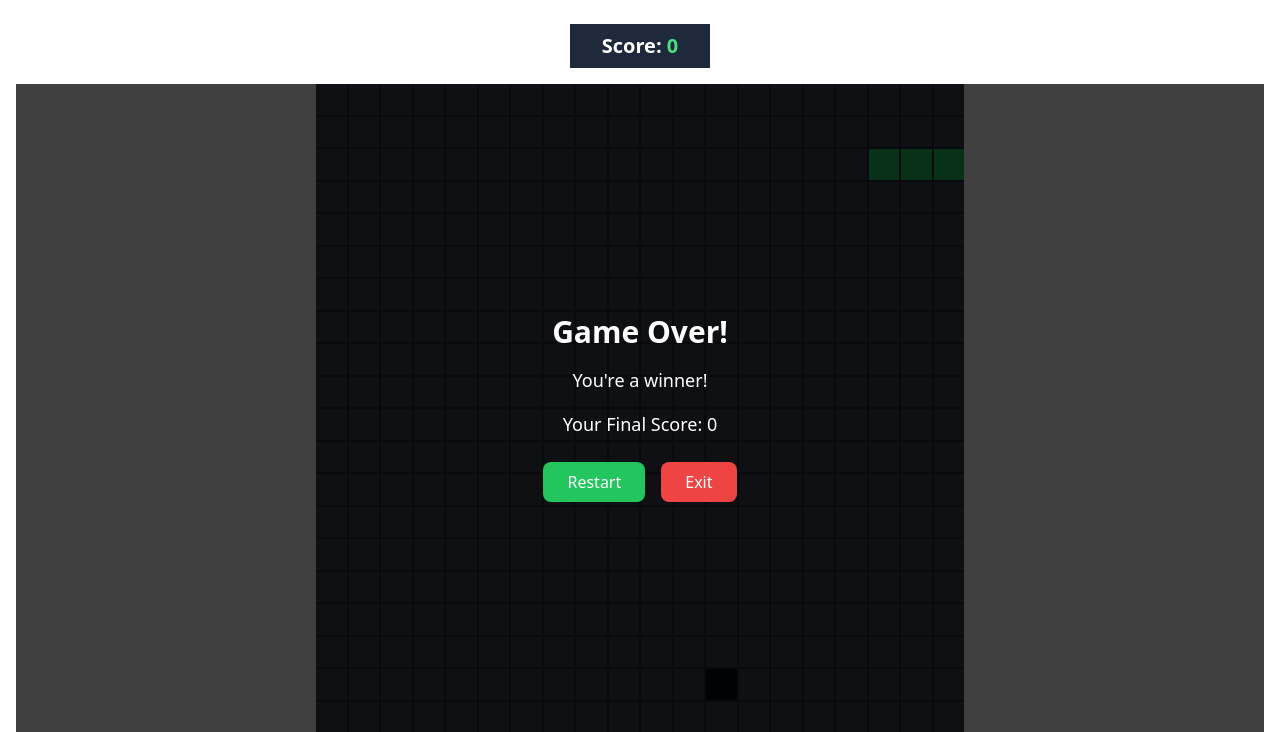
Repository: Shruti0534/snake
Page: /
An editor plug-in stored every save of this project. The page is shown before and after the next save, followed by the edit.
The browser window is 1280 px wide. The pictures show the whole page.
The project was rebuilt for these pictures with package versions that can differ from the ones it lists, and the page was loaded fresh each time. The framework's server and built-in components were replaced by stand-ins that run in the browser. Also part of the build but not shown: next.config.mjs.

Above is the page before, as saved 2024-12-25 17:34:58.

### app/page.js
'use client'
import React, { useState, useEffect } from "react";
import GameBoard from "../components/GameBoard";
import ScoreBoard from "../components/ScoreBoard";

export default function Home() {
  const [score, setScore] = useState(0);

  return (
    <div className="flex flex-col items-center justify-center min-h-screen bg-gray-900 text-white px-4 sm:px-8 md:px-16">
      <h1 className="text-4xl text-center text-black sm:text-5xl md:text-6xl font-bold mb-8 bg-slate-100 p-4 rounded-md">
        Snake Game
      </h1>
      <ScoreBoard score={score} />
      <div className="w-full max-w-4xl">
        <GameBoard score={score} setScore={setScore} />
      </div>
    </div>
  );
}

### components/GameBoard.js
import React, { useState, useEffect } from "react";
import ComplimentModal from "./ComplimentModal"; // Import ComplimentModal

const GameBoard = ({ score, setScore }) => {
  const boardSize = 20;
  const initialSnake = [42, 41, 40];
  const [snake, setSnake] = useState(initialSnake);
  const [direction, setDirection] = useState("RIGHT");
  const [food, setFood] = useState(generateFood());
  const [isGameOver, setIsGameOver] = useState(false);

  function generateFood() {
    return Math.floor(Math.random() * boardSize * boardSize);
  }

  const moveSnake = () => {
    const newSnake = [...snake];
    const head = newSnake[0];
    let newHead;

    if (direction === "RIGHT") newHead = head + 1;
    if (direction === "LEFT") newHead = head - 1;
    if (direction === "UP") newHead = head - boardSize;
    if (direction === "DOWN") newHead = head + boardSize;

    // Collision checks
    if (
      newHead < 0 || // Out of bounds (top)
      newHead >= boardSize * boardSize || // Out of bounds (bottom)
      (direction === "RIGHT" && head % boardSize === boardSize - 1) || // Wall collision (right)
      (direction === "LEFT" && head % boardSize === 0) || // Wall collision (left)
      snake.includes(newHead) // Collision with self
    ) {
      setIsGameOver(true);
      return;
    }

    newSnake.unshift(newHead);
    if (newHead === food) {
      setScore(score + 1);
      setFood(generateFood());
    } else {
      newSnake.pop();
    }
    setSnake(newSnake);
  };

  const handleKeyPress = (e) => {
    if (e.key === "ArrowRight" && direction !== "LEFT") setDirection("RIGHT");
    if (e.key === "ArrowLeft" && direction !== "RIGHT") setDirection("LEFT");
    if (e.key === "ArrowUp" && direction !== "DOWN") setDirection("UP");
    if (e.key === "ArrowDown" && direction !== "UP") setDirection("DOWN");
  };

  useEffect(() => {
    if (isGameOver) return;
    const interval = setInterval(moveSnake, 200);
    return () => clearInterval(interval);
  }, [snake, direction, isGameOver]);

  useEffect(() => {
    window.addEventListener("keydown", handleKeyPress);
    return () => window.removeEventListener("keydown", handleKeyPress);
  }, [direction]);

  return (
    <div className="relative w-full h-full flex justify-center items-center">
      {isGameOver && (
        <ComplimentModal
          score={score}
          onRestart={() => {
            setSnake(initialSnake);
            setDirection("RIGHT");
            setFood(generateFood());
            setScore(0);
            setIsGameOver(false);
          }}
          onExit={() => setIsGameOver(false)} // Example exit function, you can adjust it as needed
        />
      )}

      <div
        className="grid gap-0.5 bg-gray-800"
        style={{
          gridTemplateColumns: `repeat(${boardSize}, minmax(15px, 1fr))`,
          gridTemplateRows: `repeat(${boardSize}, minmax(15px, 1fr))`,
          width: "90vmin",
          height: "90vmin",
        }}
      >
        {Array.from({ length: boardSize * boardSize }).map((_, index) => (
          <div
            key={index}
            className={`w-full h-full ${
              snake.includes(index)
                ? "bg-green-500"
                : index === food
                ? "bg-gray-950"
                : "bg-gray-700"
            }`}
          ></div>
        ))}
      </div>
    </div>
  );
};

export default GameBoard;

### components/ScoreBoard.js
import React from "react";

const ScoreBoard = ({ score }) => {
  return (
    <div className="bg-slate-800 px-4 sm:px-6 md:px-8 py-2 text-lg sm:text-xl font-semibold mb-4">
      <span>Score: </span>
      <span className="text-green-400">{score}</span>
    </div>
  );
};

export default ScoreBoard;

### components/ComplimentModal.js
// components/ComplimentModal.js
import React from "react";

const compliments = [
  "You're unstoppable!",
  "What a legend!",
  "Amazing effort!",
  "Fantastic skills!",
  "Snake pro!",
  "You're a winner!",
  "Keep slithering!",
];

const ComplimentModal = ({ score, onRestart, onExit }) => {
  // Get a random compliment from the list
  const randomCompliment = compliments[Math.floor(Math.random() * compliments.length)];

  return (
    <div className="absolute inset-0 bg-black bg-opacity-75 flex flex-col items-center justify-center text-white">
      <h2 className="text-3xl font-bold mb-4">Game Over!</h2>
      <p className="mb-4 text-lg">{randomCompliment}</p>
      <p className="mb-6 text-lg">Your Final Score: {score}</p>
      <div className="flex space-x-4">
        <button
          className="px-6 py-2 bg-green-500 rounded-lg hover:bg-green-600 transition"
          onClick={onRestart}
        >
          Restart
        </button>
        <button
          className="px-6 py-2 bg-red-500 rounded-lg hover:bg-red-600 transition"
          onClick={onExit}
        >
          Exit
        </button>
      </div>
    </div>
  );
};

export default ComplimentModal;

### tailwind.config.mjs
/** @type {import('tailwindcss').Config} */
export default {
  content: ["./pages/**/*.{js,ts,jsx,tsx}", "./components/**/*.{js,ts,jsx,tsx}"],
  theme: {
    extend: {},
  },
  plugins: [],
};

Loaded but not shown: app/layout.js (common file); app/globals.css (common file)

After the next save:
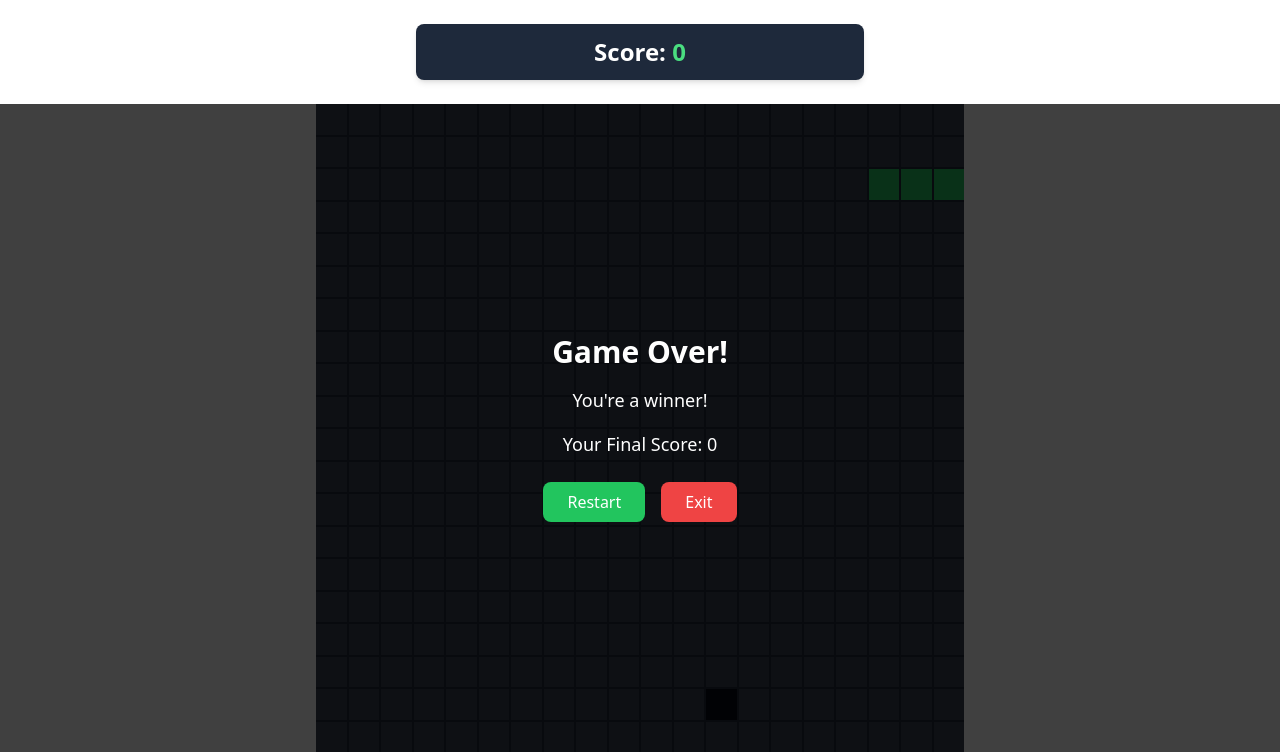
Saved 97 s later.
--- a/components/ScoreBoard.js
+++ b/components/ScoreBoard.js
@@ -2,7 +2,7 @@ import React from "react";
 
 const ScoreBoard = ({ score }) => {
   return (
-    <div className="bg-slate-800 px-4 sm:px-6 md:px-8 py-2 text-lg sm:text-xl font-semibold mb-4">
+    <div className="bg-slate-800 px-6 py-3 rounded-lg shadow-md text-center w-full max-w-md text-white sm:text-xl md:text-2xl font-semibold mb-6">
       <span>Score: </span>
       <span className="text-green-400">{score}</span>
     </div>
